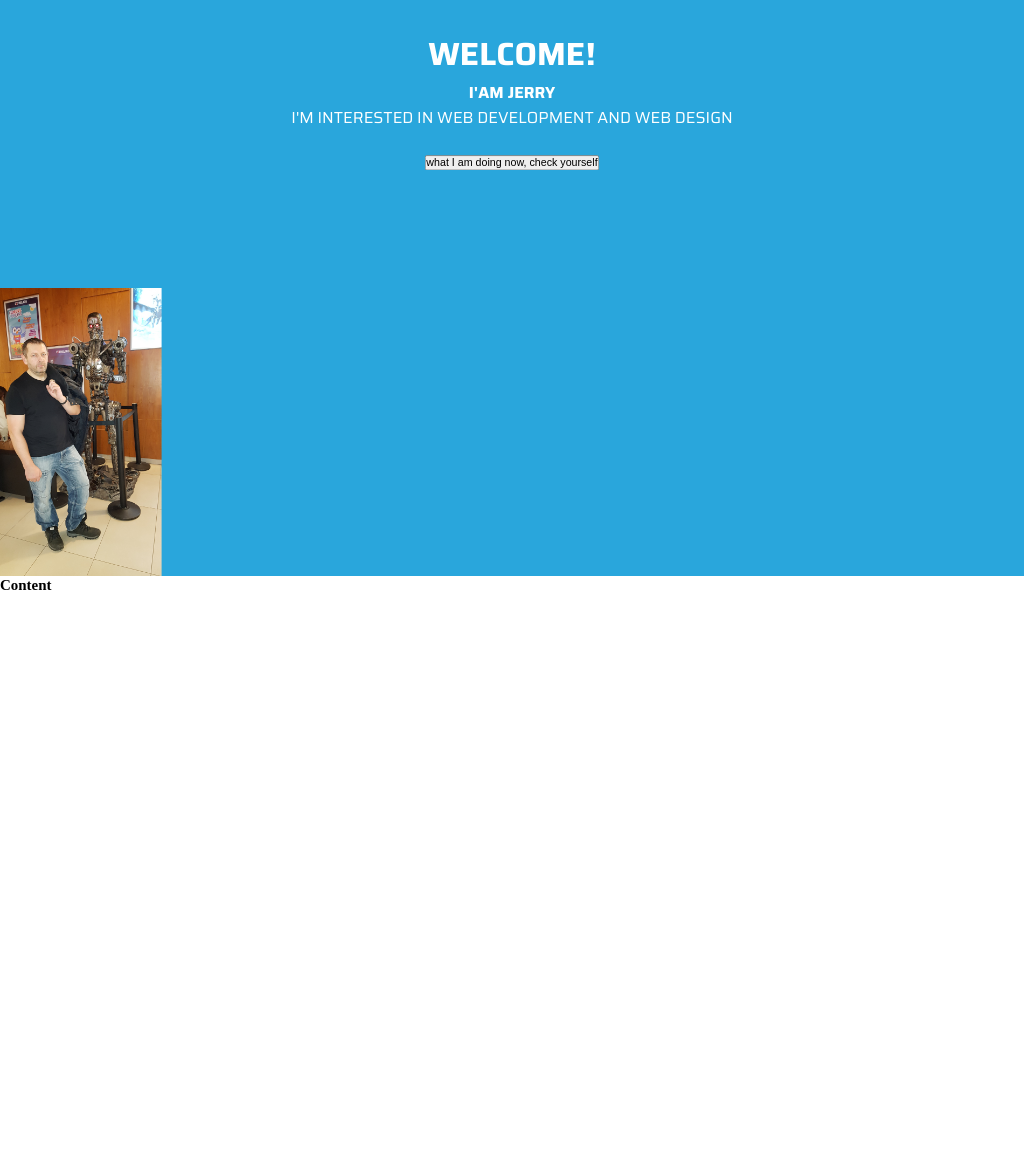
Repository: navanweb/dev
Page: jerry.html
An editor plug-in stored every save of this project. The page is shown before and after the next save, followed by the edit.
The browser window is 1280 px wide. The pictures show the whole page, at 80% of full size.

Above is the page before, as saved 2019-04-06 18:49:55.

### jerry.html
<!DOCTYPE html>
<html>

<head>
  <meta charset="UTF-8">
  <meta name="viewport" content="width=device-width, initial-scale=1.0">
  <meta http-equiv="X-UA-Compatible" content="ie=edge">
  <title>Jerry</title>
  <link href="https://fonts.googleapis.com/css?family=Saira:400,700" rel="stylesheet">
  <link rel="stylesheet" type="text/css" href="css/jerry.css">
</head>

<body>
  <header>
    <div class="welcome">
      <p>welcome!</p>
      <h1>I'am Jerry</h1>
      <h2>I'm interested in web development and web design</h2>
      <button>what I am doing now, check yourself</button>
    </div>
    <img src="images/jerry.jpg" alt="Jerry photo PCWitcher">
  </header>
  <h3>Content</h3>
</body>

</html>

### css/jerry.css
/* font-family: 'Saira', sans-serif; */

* {
    margin: 0;
    padding: 0;
    box-sizing: border-box;
}

header {
    position: relative;
    background-color: #29a6dc;
    height: 100vh;
    /* overflow: hidden; */
    /* max-width: 1920px; */
    /* margin: 0 auto; */
}

header>* {
    position: absolute;
}

header img {
    height: 50%;
    bottom: 0;
    /* right: 0; */
}

header .welcome {
    top: 5%;
    left: 5%;
    right: 5%;
}

header div {
    text-align: center;
    font-family: 'Saira', sans-serif;
    font-weight: bold;
    font-size: 40px;
    color: white;
    text-transform: uppercase;
}

header h1 {
    font-size: 20px;
}

header h2 {
    font-size: 20px;
    font-weight: 400;
}

h3 {
    height: 100vh;
}

After the next save:
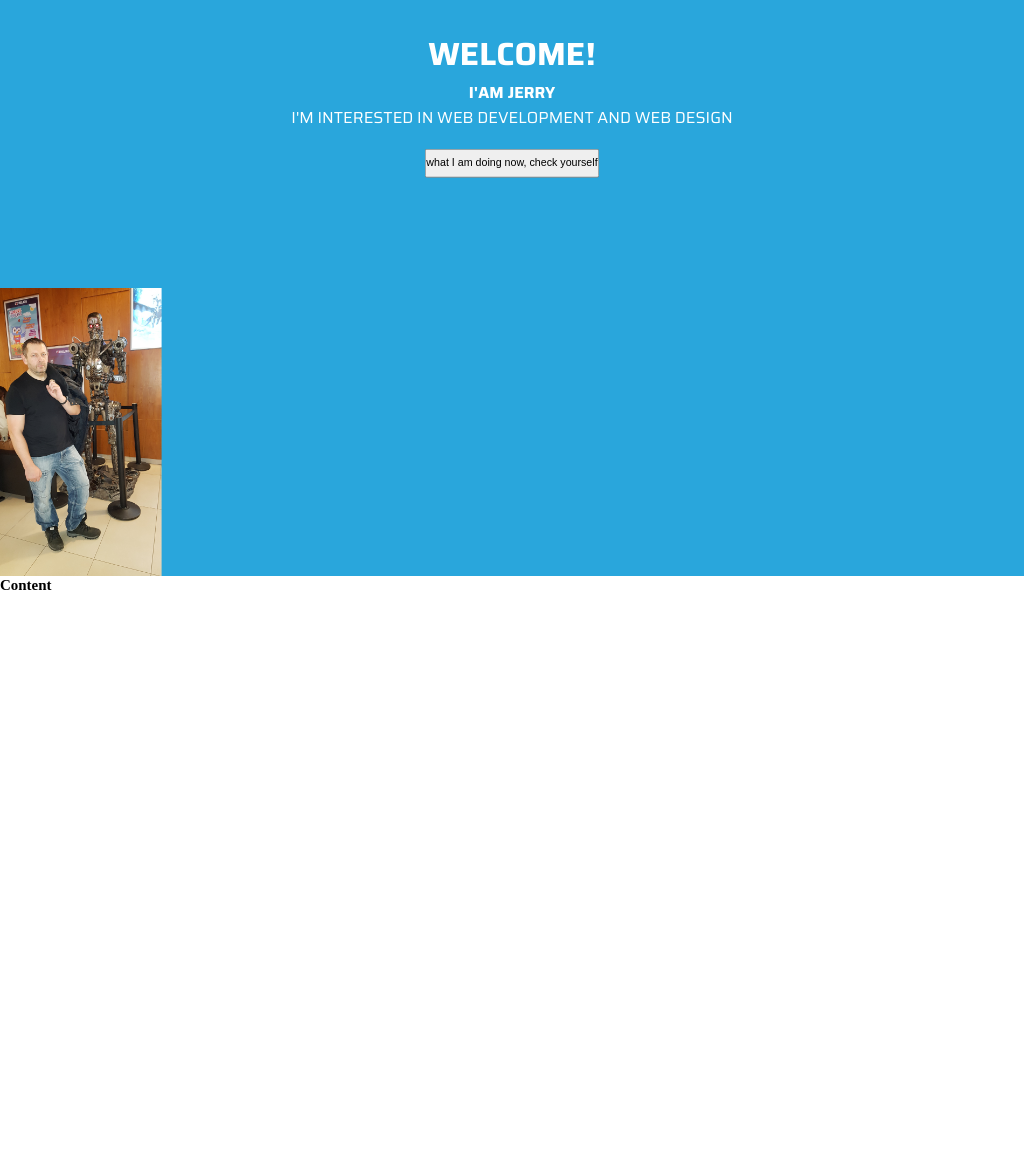
Saved 85 s later.
--- a/css/jerry.css
+++ b/css/jerry.css
@@ -49,6 +49,10 @@ header h2 {
     font-weight: 400;
 }
 
+header button {
+    line-height: 32px;
+}
+
 h3 {
     height: 100vh;
 }
